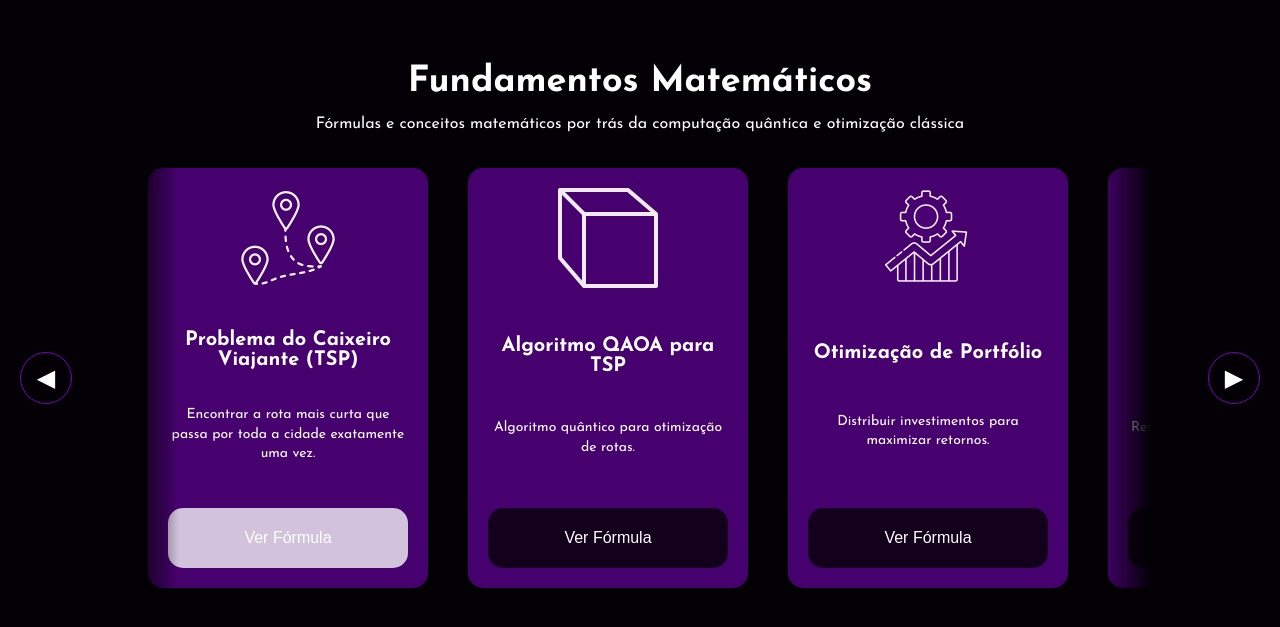
Repository: Everson9/Projeto-de-escalabilidade-quantica-definitivo
Page: fundamentos.html
The author's editor kept a copy of each file at every save. The page is drawn from the files as they stood at one save, then again after the next save.
The browser window is 1280 px wide. The pictures show the whole page.
The pointer rests on the first visible `.button`.

Above is the page before, as saved 2025-10-01 10:20:14.
Not found: script.js

### fundamentos.html
<!DOCTYPE html>
<html lang="pt-br">
<head>
    <meta charset="UTF-8">
    <meta name="viewport" content="width=device-width, initial-scale=1.0">
    <title>Carrossel Avançado</title>
    <link rel="stylesheet" href="fundamentos.css">
    <link href="https://fonts.googleapis.com/css2?family=Josefin+Sans:wght@400;700&display=swap" rel="stylesheet">
</head>
<body>

    <div class="fundamentos-matematicos">
        <h1>Fundamentos Matemáticos</h1>
        <p>Fórmulas e conceitos matemáticos por trás da computação quântica e otimização clássica</p>
    </div>

    <!-- Wrapper para o carrossel e as setas -->
    <div class="carousel-wrapper">
        <!-- Seta Esquerda -->
        <div id="prev-btn" class="carousel-btn">&#9664;</div>

        <!-- Container do Carrossel -->
        <div class="carousel-container">
            <div class="carousel-track">
                <!-- Cards Originais (Apenas os 4 originais são necessários, o JS cuidará da clonagem ) -->
                <div class="formula_1">
                    <img src="imgs_icones/CaixeiroViajante.png" alt="Ícone do Problema do Caixeiro Viajante">
                    <h4>Problema do Caixeiro Viajante (TSP)</h4>
                    <p>Encontrar a rota mais curta que passa por toda a cidade exatamente uma vez.</p>
                    <button class="button"><a href="caixeiroviajante.html">Ver Fórmula</a></button>
                </div>
                <div class="formula_1">
                    <img src="imgs_icones/QAOA.png" alt="Ícone do Algoritmo QAOA">
                    <h4>Algoritmo QAOA para TSP</h4>
                    <p>Algoritmo quântico para otimização de rotas.</p>
                    <button class="button"><a href="AlgoritmoQAOA.html">Ver Fórmula</a></button>
                </div>
                <div class="formula_1">
                    <img src="imgs_icones/OtimizacaoPortfolio.png" alt="Ícone de Otimização de Portfólio">
                    <h4>Otimização de Portfólio</h4>
                    <p>Distribuir investimentos para maximizar retornos.</p>
                    <button class="button"><a href="Portifolio.html">Ver Fórmula</a></button>
                </div>
                <div class="formula_1">
                    <img src="imgs_icones/ComplexidadeComputacional.png" alt="Ícone de Complexidade Computacional">
                    <h4>Complexidade Computacional</h4>
                    <p>Resolver problemas que crescem com muitos elementos.</p>
                    <button class="button"><a href="Complexidade.html">Ver Fórmula</a></button>
                </div>
            </div>
        </div>

        <!-- Seta Direita -->
        <div id="next-btn" class="carousel-btn">&#9654;</div>
    </div>

    <!-- NOVO: Container para os indicadores (pontos) -->
    <div class="carousel-indicators"></div>

    <!-- Adicionando o arquivo JavaScript -->
    <script src="script.js"></script>

</body>
</html>

### fundamentos.css
body {
    background-color: #030105;
    font-family: 'Josefin Sans', sans-serif;
    color: #fff;
    margin: 0;
    padding: 0;
    display: flex;
    flex-direction: column;
    align-items: center;
    justify-content: flex-start;
    text-decoration: none;
    overflow-x: hidden; /* Esconde a barra de rolagem horizontal */
}

.fundamentos-matematicos {
    text-align: center;
    color: white;
    margin-top: 40px;
    margin-bottom: 20px;
}

h1 {
    font-size: 36px;
    margin-bottom: 10px;
}

/* Estilos dos Cards */
.formula_1 {
    width: 240px;
    height: 380px;
    background-color: #7703BA96;
    border-radius: 15px;
    padding: 20px;
    display: flex;
    flex-direction: column;
    justify-content: space-between;
    box-shadow: 0 4px 8px rgba(0, 0, 0, 0.2);
    margin: 0 20px; /* Espaçamento entre os cards */
    flex-shrink: 0; /* Impede que os cards encolham */
}

.formula_1 h4 {
    font-size: 20px;
    margin-bottom: 10px;
    text-align: center;
}

.formula_1 img {
    width: 100px;
    height: 100px;
    margin: 0 auto;
}

.formula_1 p {
    text-align: center;
    font-size: 14px;
    line-height: 1.4;
    margin-top: 10px;
}

.button {
    background-color: #030105C2;
    border: none;
    padding: 10px;
    color: white;
    font-size: 16px;
    text-align: center;
    height: 60px;
    border-radius: 15px;
    cursor: pointer;
    text-decoration: none;
    margin-top: 15px;
    transition: background-color 0.3s;
}

.button a {
    text-decoration: none;
    color: white;
    display: block;
    line-height: 40px;     /* Centraliza o texto verticalmente dentro do botão (ajuste se a altura do botão mudar) */
}

.button:hover {
    background-color: #ffffffc2;
    color: #030105;
}

/* --- Novas Classes para o Carrossel --- */

.carousel-wrapper {
    position: relative; /* Necessário para posicionar as setas */
    width: 100%;
    display: flex;
    align-items: center;
    justify-content: center;
}

.carousel-container {
    width: 80%; /* Ajuste a largura conforme necessário */
    overflow: hidden;
    -webkit-mask-image: linear-gradient(to right, transparent, black 5%, black 95%, transparent);
    mask-image: linear-gradient(to right, transparent, black 5%, black 95%, transparent);
}

.carousel-track {
    display: flex;
    /* Removemos a animação automática */
    transition: transform 0.5s ease-in-out; /* Adiciona uma transição suave */
}

.carousel-btn {
    position: absolute;
    top: 50%;
    transform: translateY(-50%);
    background-color: rgba(3, 1, 5, 0.8);
    color: white;
    border: 1px solid #7703BA;
    border-radius: 50%;
    width: 50px;
    height: 50px;
    display: flex;
    align-items: center;
    justify-content: center;
    font-size: 24px;
    cursor: pointer;
    z-index: 10;
    transition: background-color 0.3s, transform 0.2s;
}

.carousel-btn:hover {
    background-color: #7703BA;
    transform: translateY(-50%) scale(1.1);
}

#prev-btn {
    left: 20px; /* Posição da seta esquerda */
}

#next-btn {
    right: 20px; /* Posição da seta direita */
}

/* --- Estilos para os Indicadores (Pontos) --- */
.carousel-indicators {
    display: flex;
    justify-content: center;
    margin-top: 20px;
}

.indicator-dot {
    width: 12px;
    height: 12px;
    border-radius: 50%;
    background-color: #777;
    margin: 0 5px;
    cursor: pointer;
    transition: background-color 0.3s ease;
}

.indicator-dot.active {
    background-color: #7703BA; /* Cor roxa para o ponto ativo */
}

/* --- Ajuste para a funcionalidade de arrastar --- */
.carousel-track.grabbing {
    cursor: grabbing; /* Muda o cursor enquanto o usuário arrasta */
}

.carousel-track.grabbing .formula_1 {
    pointer-events: none; /* Impede que links/botões sejam clicados durante o arrasto */
}

/* --- Media Query para Responsividade --- */
@media (max-width: 768px) {
    .carousel-container {
        width: 90%; /* Ocupa mais espaço em telas menores */
    }

    .carousel-btn {
        width: 40px;
        height: 40px;
        font-size: 20px;
    }

    #prev-btn {
        left: 5px; /* Aproxima as setas das bordas */
    }

    #next-btn {
        right: 5px;
    }

    .formula_1 {
        /* Opcional: reduzir um pouco o tamanho dos cards em telas muito pequenas */
        width: 220px;
        height: 360px;
    }
}

After the next save:
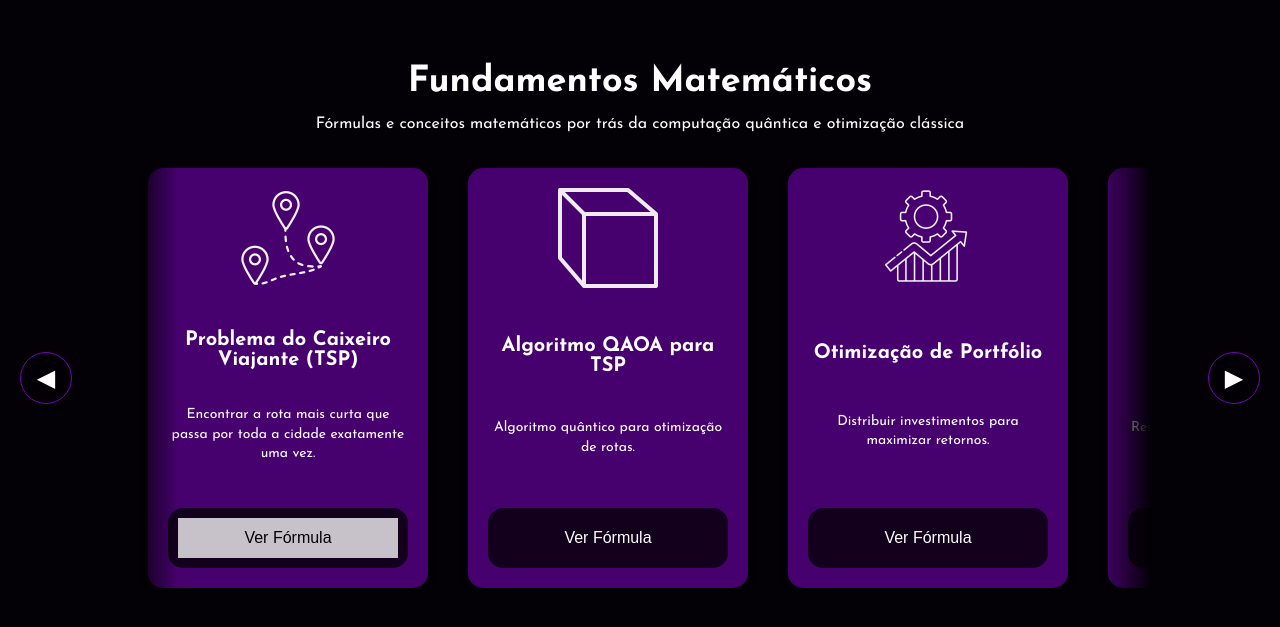
Saved 6 s later.
--- a/fundamentos.css
+++ b/fundamentos.css
@@ -80,7 +80,7 @@
     line-height: 40px;     /* Centraliza o texto verticalmente dentro do botão (ajuste se a altura do botão mudar) */
 }
 
-.button:hover {
+.button:hover a{
     background-color: #ffffffc2;
     color: #030105;
 }
